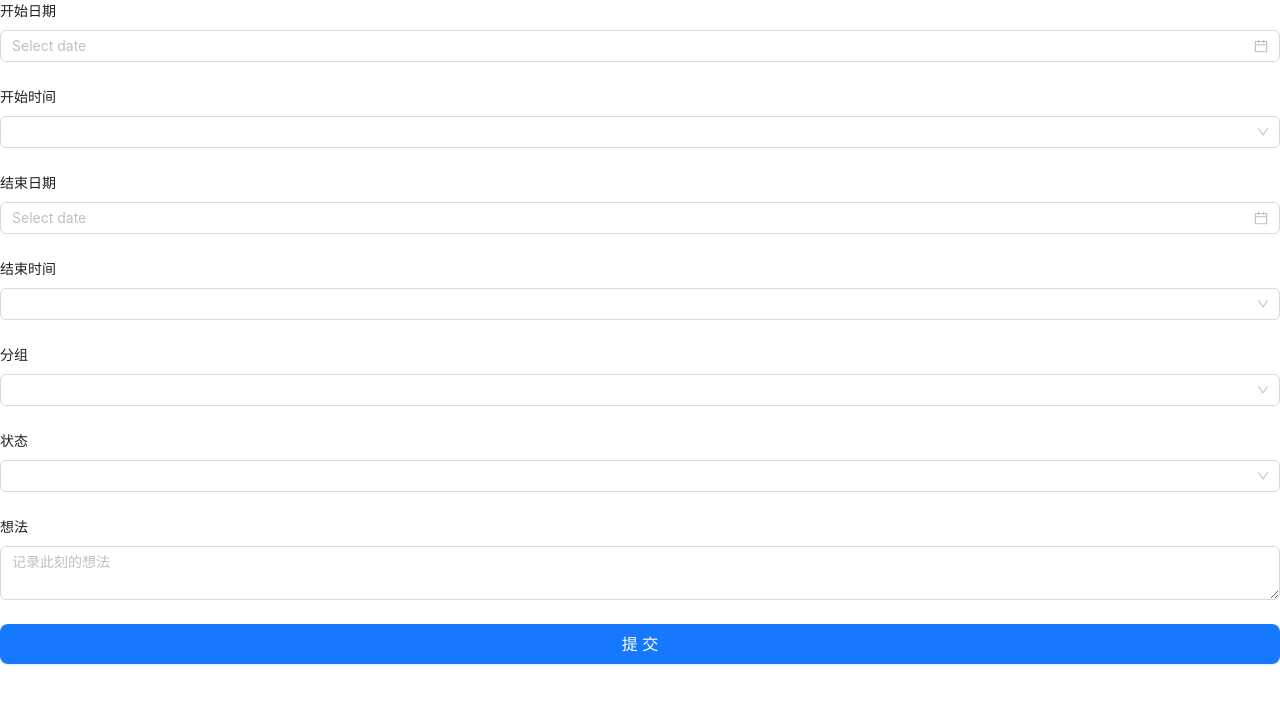
Repository: wujieli0207/time-value-app
Page: /
An editor plug-in stored every save of this project. The page is shown before and after the next save, followed by the edit.
The browser window is 1280 px wide. The pictures show the whole page.
The project was rebuilt for these pictures with package versions that can differ from the ones it lists, and the page was loaded fresh each time. Also part of the build but not shown: vite.config.ts.

Above is the page before, as saved 2024-01-29 11:15:36.

### src/main.tsx
import './style/index.less'

import React from 'react'
import ReactDOM from 'react-dom/client'
import App from './App.tsx'

ReactDOM.createRoot(document.getElementById('root')!).render(
  <React.StrictMode>
    <App />
  </React.StrictMode>
)

### src/App.tsx
import { Button, Form, Input, DatePicker, Select, Space } from 'antd'
import { useMemo, useState } from 'react'
import { generateTimesGap } from '@/utils'
import { ITimeInterface } from '#/time'
import { catagoryConfig, statusConfig } from '@/config/time'
import { StatusEnum } from '@/enums/time'

interface FieldType
  extends Pick<ITimeInterface, 'catagoryId' | 'description' | 'status'> {
  startDate: string
  startTime: string
  endDate: string
  endTime: string
}

function App() {
  const [form, setForm] = useState<FieldType>({
    startDate: '',
    startTime: '',
    endDate: '',
    endTime: '',
    catagoryId: '',
    description: '',
    status: StatusEnum.MIDDLE,
  })

  const timeRange = useMemo(() => {
    return generateTimesGap()
  }, [])

  return (
    <>
      <Form layout="vertical">
        <Form.Item<FieldType> name="startDate" label="开始日期">
          <DatePicker className="w-full" />
        </Form.Item>
        <Form.Item<FieldType> name="startTime" label="开始时间">
          <Select options={timeRange} />
        </Form.Item>
        <Form.Item<FieldType> name="endDate" label="结束日期">
          <DatePicker className="w-full" />
        </Form.Item>
        <Form.Item<FieldType> name="endTime" label="结束时间">
          <Select options={timeRange} />
        </Form.Item>

        <Form.Item<FieldType> name="catagoryId" label="分组">
          <Select>
            {catagoryConfig.map((item) => (
              <Select.Option key={item.value} value={item.value}>
                <Space>
                  <div
                    className="w-2 h-2 rounded-full"
                    style={{ backgroundColor: item.color }}
                  />
                  {item.label}
                </Space>
              </Select.Option>
            ))}
          </Select>
        </Form.Item>

        <Form.Item<FieldType> name="status" label="状态">
          <Select>
            {statusConfig.map((item) => (
              <Select.Option key={item.value} value={item.value}>
                <Space>
                  {/* <div
                    className="w-2 h-2 rounded-full"
                    style={{ backgroundColor: item.color }}
                  /> */}
                  {item.label}
                </Space>
              </Select.Option>
            ))}
          </Select>
        </Form.Item>

        <Form.Item<FieldType> name="description" label="想法">
          <Input.TextArea placeholder="记录此刻的想法" />
        </Form.Item>
      </Form>

      <Button type="primary" size="large" className="w-full">
        提交
      </Button>
    </>
  )
}

export default App

### src/utils/index.ts
export { dateFormat, generateTimesGap } from './date'

### src/config/time.ts
import { StatusEnum } from '@/enums/time'

export const catagoryConfig = [
  {
    value: 'work',
    label: '工作',
    color: 'red',
  },
  {
    value: 'improve',
    label: '自我提升',
    color: 'blue',
  },
  {
    value: 'live',
    label: '生活',
    color: 'green',
  },
  {
    value: 'boring',
    label: '无聊',
    color: 'gray',
  },
]

export const statusConfig = [
  {
    value: StatusEnum.GOOD,
    label: '还不错',
  },
  {
    value: StatusEnum.MIDDLE,
    label: '一般般',
  },
  {
    value: StatusEnum.BAD,
    label: '不太行',
  },
]

### src/enums/time.ts
export enum StatusEnum {
  GOOD = 'GOOD',
  MIDDLE = 'MIDDLE',
  BAD = 'BAD',
}

### src/utils/date.ts
import dayjs, { ConfigType } from 'dayjs'
import { DateFormatEnum } from '@/enums/global'

/**
 * @description 日期格式化
 */
export function dateFormat(
  date: ConfigType,
  fmt = DateFormatEnum.DATE
): string {
  if (date) {
    const result = dayjs(date).format(fmt)
    return result === 'Invalid date' ? '' : result
  }

  return ''
}

/**
 * @description 按照每 15 分钟到间隔，生成时间选择列表
 */
export function generateTimesGap(): Array<Record<'label' | 'value', string>> {
  const times = []
  for (let i = 0; i < 24; i++) {
    for (let j = 0; j < 60; j += 15) {
      const date = new Date()
      date.setHours(i, j)
      const isPM = i >= 12
      const hour = isPM ? i - 12 : i
      const minute = j < 10 ? '0' + j : j
      const label = `${isPM ? '下午' : '上午'} ` + hour + ':' + minute
      times.push({
        label: label,
        value: dateFormat(date, DateFormatEnum.MINUTE),
      })
    }
  }
  return times
}

### src/enums/global.ts
export enum ThemeEnum {
  SYSTEM = 'system', // 跟随系统
  LIGHT = 'light',
  DARK = 'dark',
}

export enum LanguageEnum {
  ZH_CN = 'zh-CN',
  EN_US = 'en-US',
}

export enum DateFormatEnum {
  DATE = 'YYYY-MM-DD',
  DATE_TIME = 'YYYY-MM-DD HH:mm:ss',
  DATE_MINUTE = 'YYYY-MM-DD HH:mm',
  MINUTE = 'HH:mm',
}

Loaded but not shown: index.html (common file); src/style/index.less (common file); tailwind.config.js (common file)

After the next save:
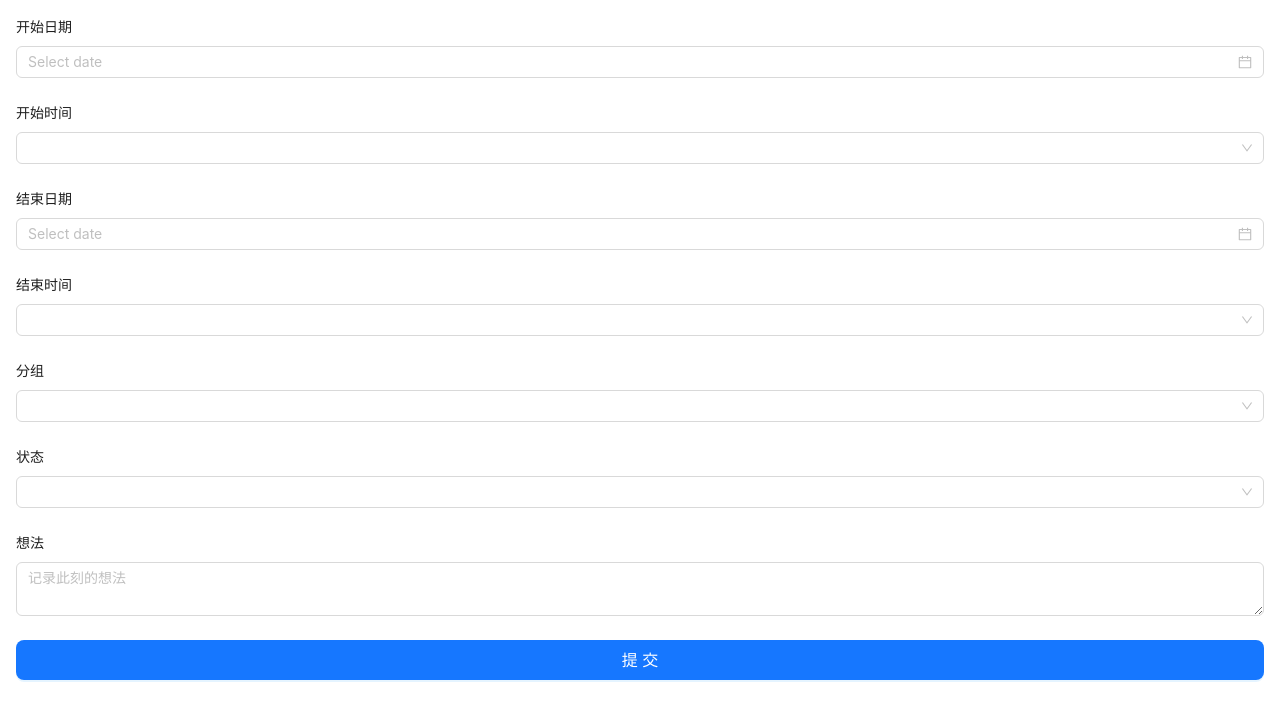
Saved 28 s later.
--- a/src/App.tsx
+++ b/src/App.tsx
@@ -29,7 +29,7 @@ function App() {
   }, [])
 
   return (
-    <>
+    <div className="p-4">
       <Form layout="vertical">
         <Form.Item<FieldType> name="startDate" label="开始日期">
           <DatePicker className="w-full" />
@@ -84,7 +84,7 @@ function App() {
       <Button type="primary" size="large" className="w-full">
         提交
       </Button>
-    </>
+    </div>
   )
 }
 
